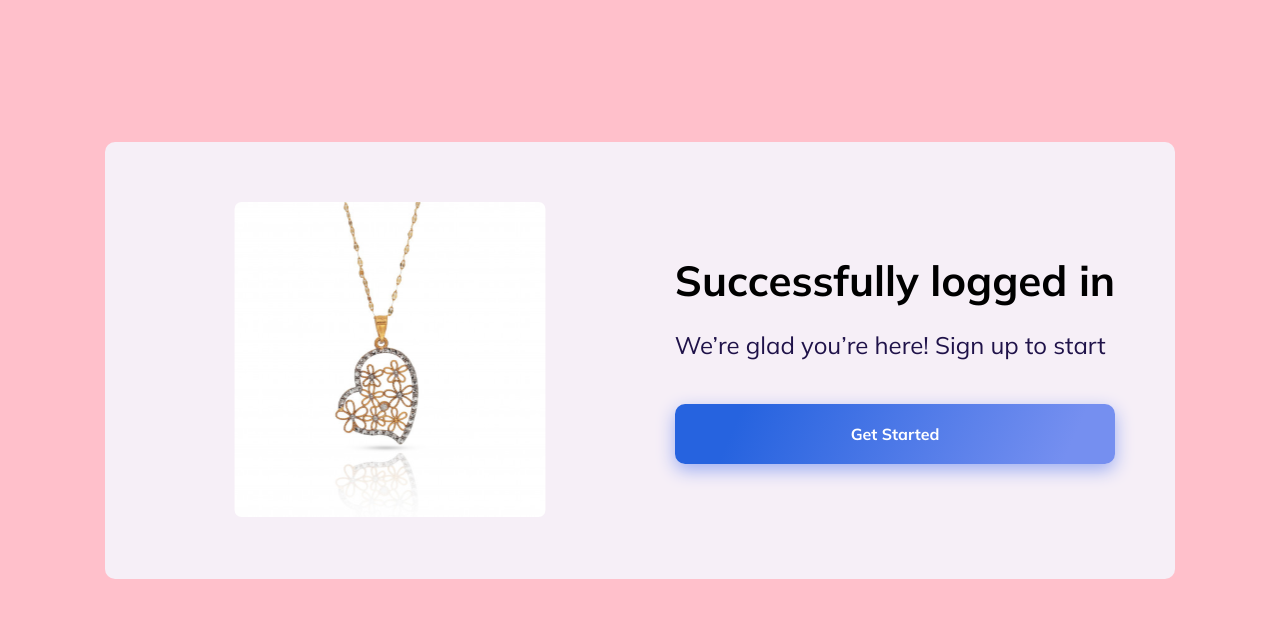
Repository: codezeloss/Valinteca-task
Page: succeed.html
The author's editor kept a copy of each file at every save. The page is drawn from the files as they stood at one save, then again after the next save.
The browser window is 1280 px wide. The pictures show the whole page.

Above is the page before, as saved 2022-12-09 20:56:53.

After the next save:
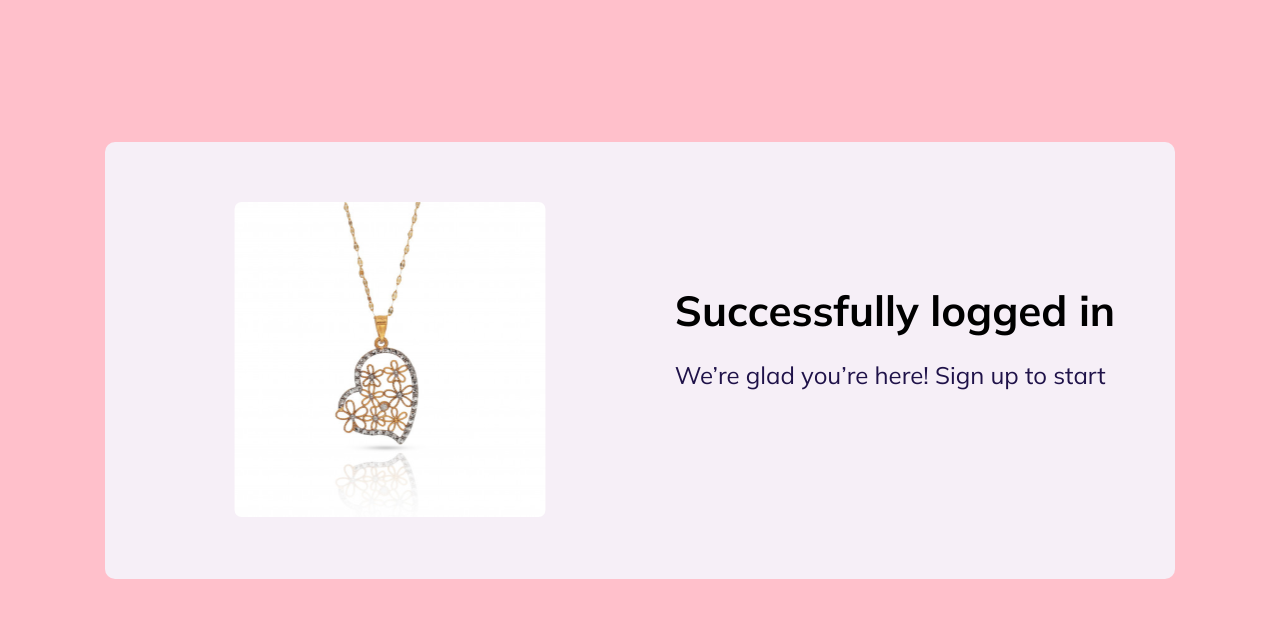
Saved 4 s later.
--- a/succeed.html
+++ b/succeed.html
@@ -31,7 +31,6 @@
         <div>
           <h1 class="heading heading-secondary">Successfully logged in</h1>
           <p class="text">We’re glad you’re here! Sign up to start</p>
-          <button class="btn">Get Started</button>
         </div>
       </div>
     </div>
